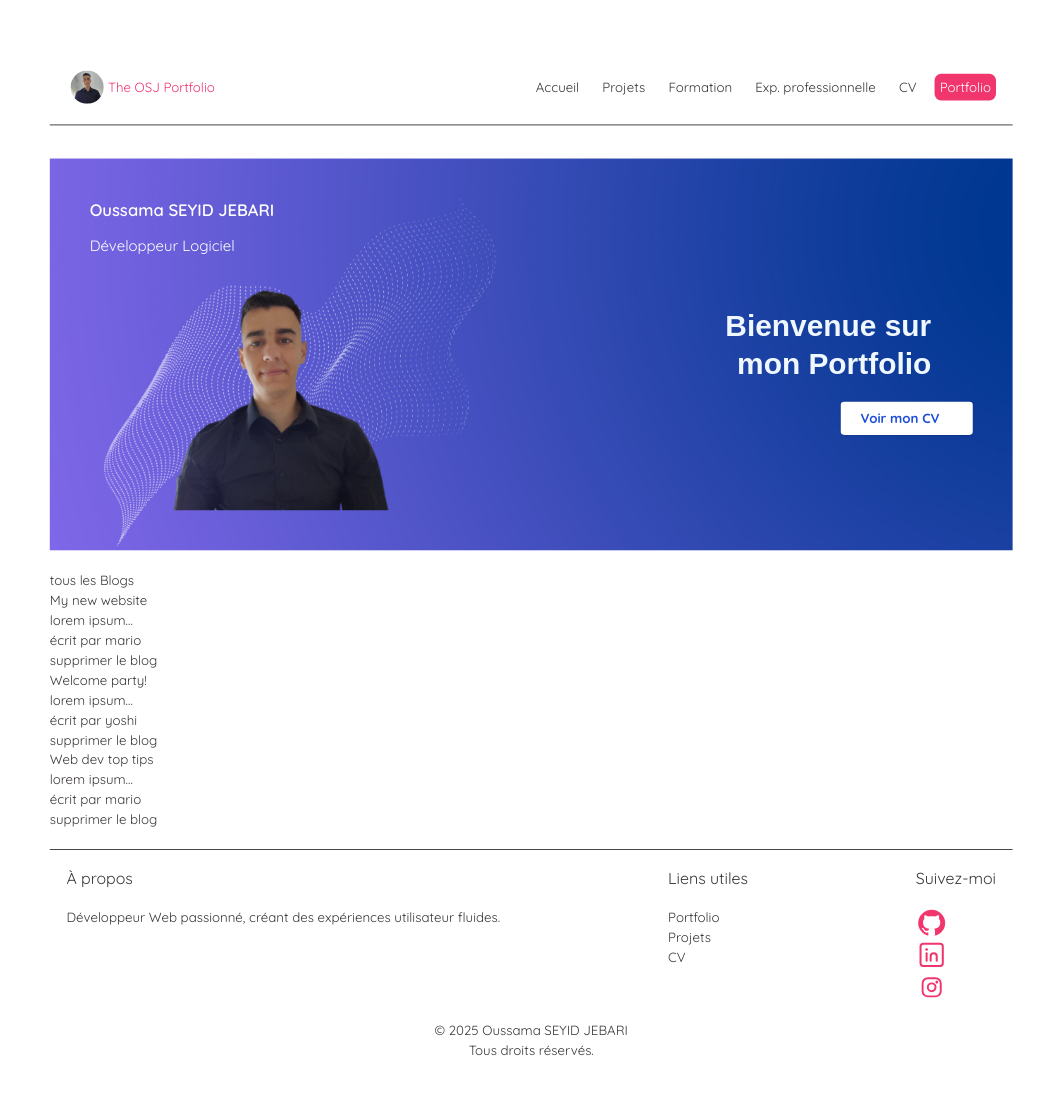
Repository: OussamSJ/Portfolio
Page: /
These files come from the project's save history. The page is drawn as it stood at one moment and after the next save; the edit follows.
The browser window is 1280 px wide. The pictures show the whole page, at 83% of full size.
The project was rebuilt for these pictures with package versions that can differ from the ones it lists, and the page was loaded fresh each time. Also part of the build but not shown: src/Random.js, src/Cv.js, src/Expcomponent.js, src/Experiences.js, src/FormationComponent.js, src/Formation.js.

Above is the page before, as saved 2025-05-10 10:52:32.

After the next save:
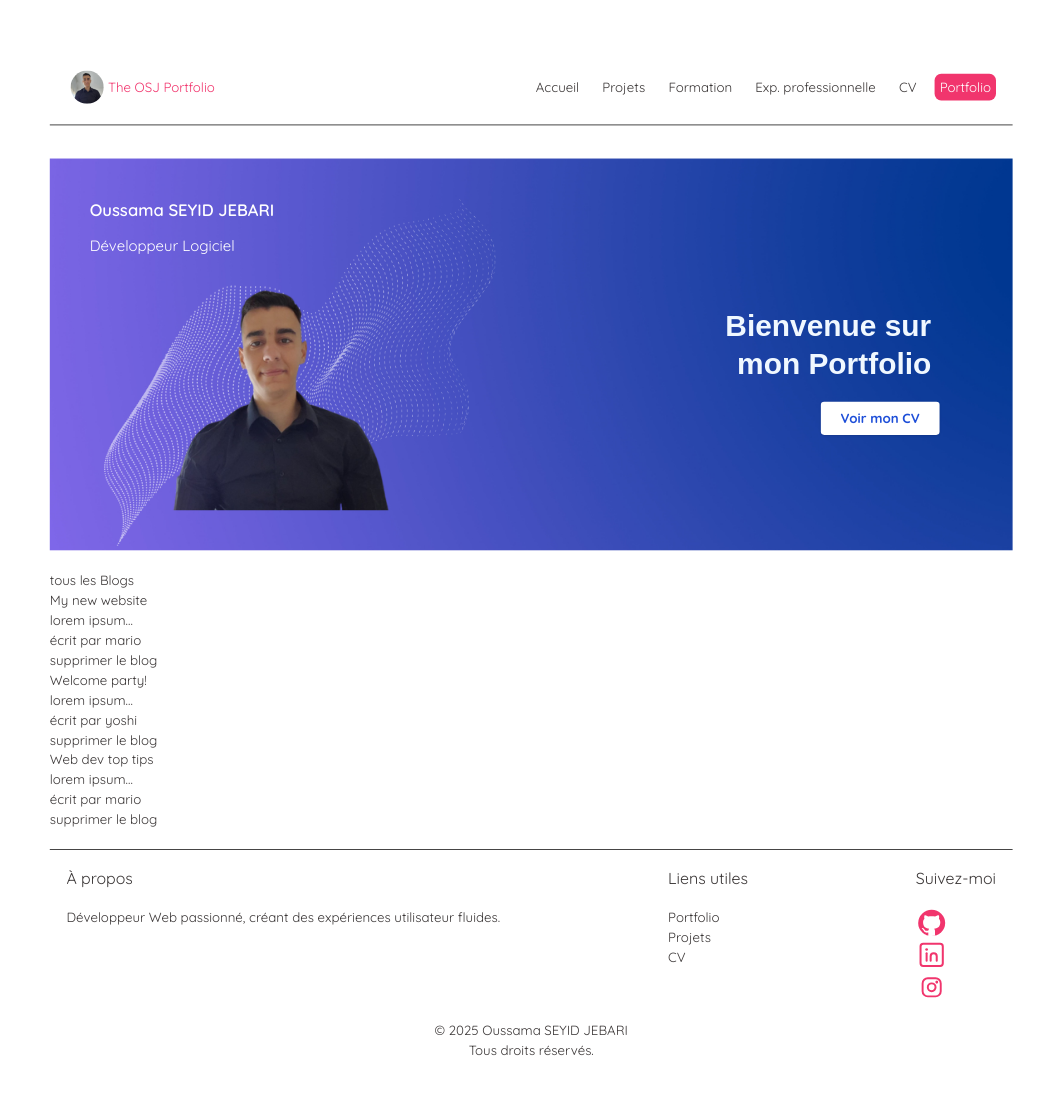
Saved 6 s later.
--- a/src/Home.js
+++ b/src/Home.js
@@ -45,7 +45,7 @@
   <h1 className="text-4xl text-white font-bold mb-6 leading-tight">
     Bienvenue sur <br /> mon Portfolio
   </h1>
-  <button className="bg-white text-blue-700 font-bold py-2 px-6  pr-10 rounded shadow hover:bg-gray-100 transition">
+  <button className="bg-white text-blue-700 font-bold py-2 px-6  mr-10 rounded shadow hover:bg-gray-100 transition">
     Voir mon CV
   </button>
 </div>
